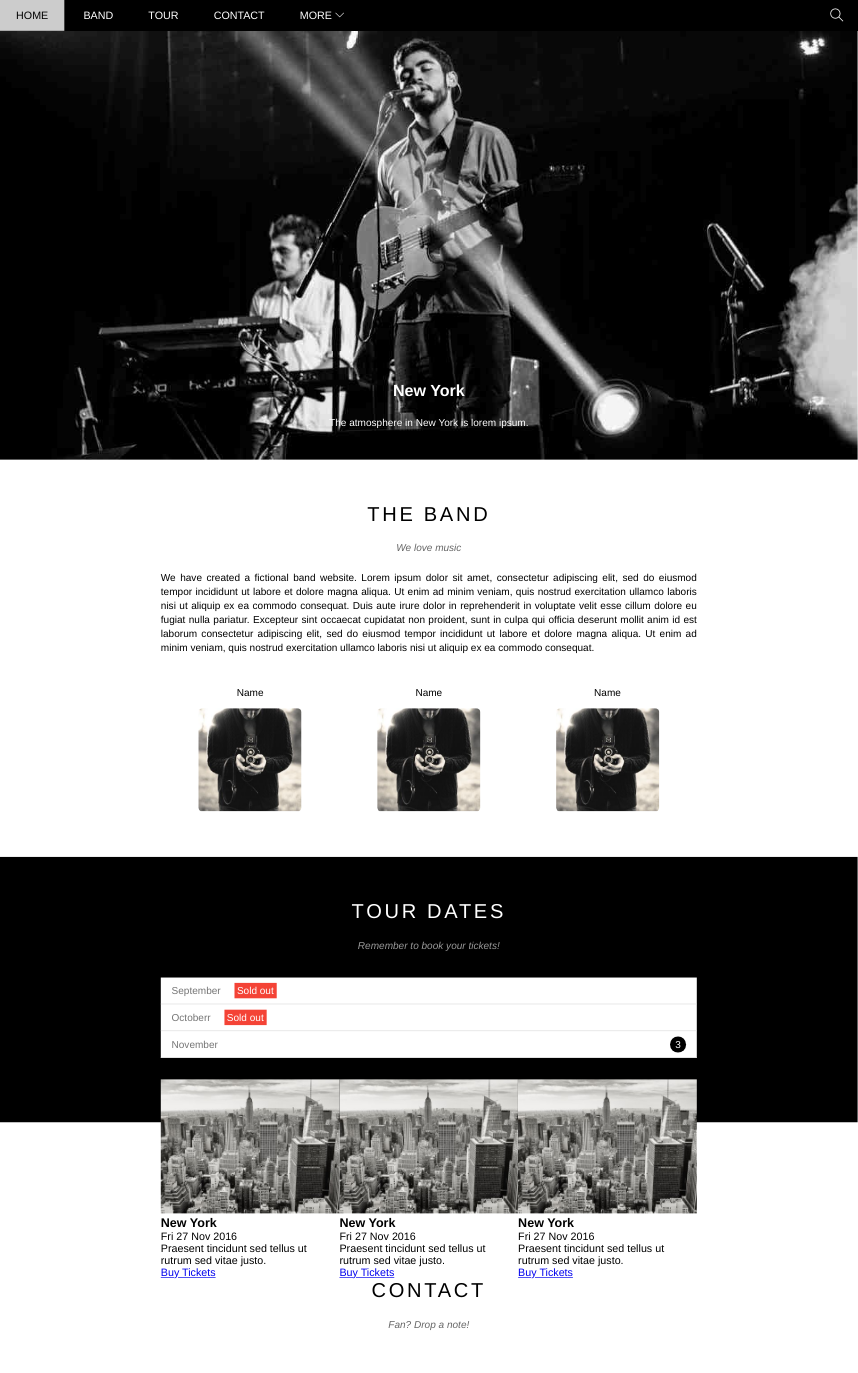
Repository: vophuocthanh/phuocthanhk03
Page: index.html
These files come from the project's save history. The page is drawn as it stood at one moment and after the next save; the edit follows.
The browser window is 1280 px wide. The pictures show the whole page, at 67% of full size.

Above is the page before, as saved 2022-03-25 20:33:53.

After the next save:
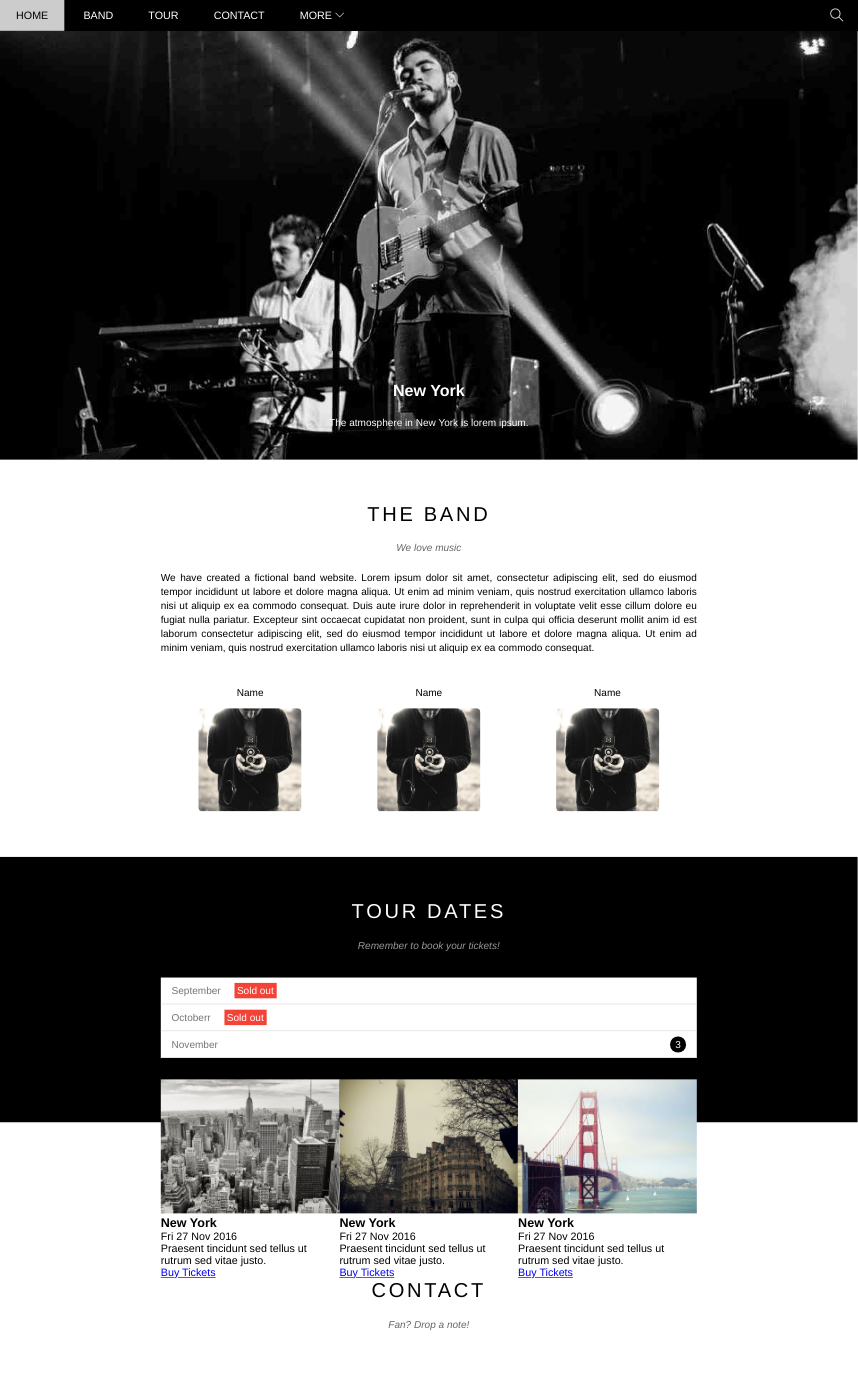
Saved 16 s later.
--- a/index.html
+++ b/index.html
@@ -105,7 +105,7 @@
                             </div>
                         </div>
                         <div class="place-item">
-                            <img src="./asset/img/places/place1.jpg" alt="New York" class="place-img">
+                            <img src="./asset/img/places/place2.jpg" alt="New York" class="place-img">
                             <div class="place-body">
                                 <h3 class="place-heading">New York</h3>
                                 <p class="place-time">Fri 27 Nov 2016</p>
@@ -114,7 +114,7 @@
                             </div>
                         </div>
                         <div class="place-item">
-                            <img src="./asset/img/places/place1.jpg" alt="New York" class="place-img">
+                            <img src="./asset/img/places/palce3.jpg" alt="New York" class="place-img">
                             <div class="place-body">
                                 <h3 class="place-heading">New York</h3>
                                 <p class="place-time">Fri 27 Nov 2016</p>
